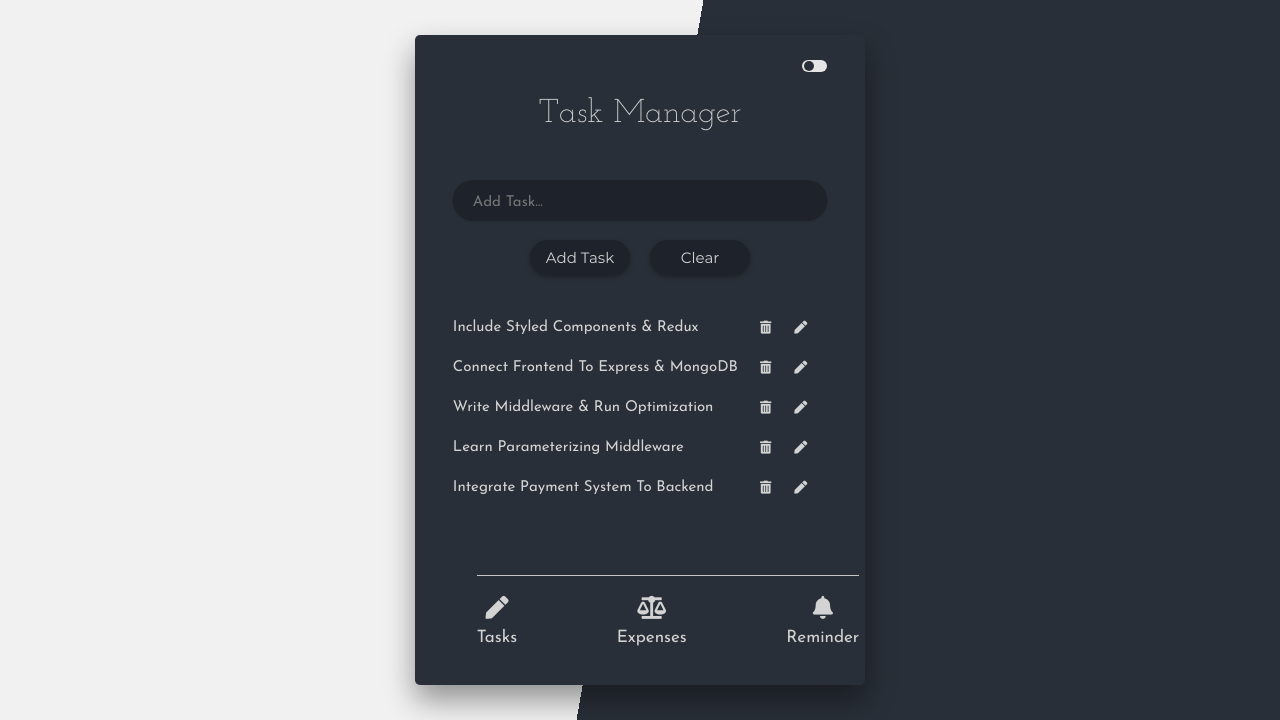
Repository: Kol124/react-task-manager
Page: /
These files come from the project's save history. The page is drawn as it stood at one moment and after the next save; the edit follows.
The browser window is 1280 px wide. The pictures show the whole page.
The project was rebuilt for these pictures with package versions that can differ from the ones it lists, and the page was loaded fresh each time. Also part of the build but not shown: src/reducer/ExpenseReducer.js, src/context/ExpenseContext.js, src/components/expenses/Balance.js, src/components/expenses/IncomeExpenses.js, src/components/expenses/Transaction.js, src/components/expenses/TransactionList.js, src/components/expenses/AddTransaction.js, src/components/expenses/Expense.js and 1 more.

Above is the page before, as saved 2021-06-25 18:27:58.

### public/index.html
<!DOCTYPE html>
<html lang="en">
  <head>
    <meta charset="utf-8" />
    <link rel="icon" href="%PUBLIC_URL%/favicon.ico" />
    <meta name="viewport" content="width=device-width, initial-scale=1" />
    <meta name="theme-color" content="#000000" />
    <meta
      name="description"
      content="Web site created using create-react-app"
    />
    <link rel="apple-touch-icon" href="%PUBLIC_URL%/logo192.png" />
    <!--
      manifest.json provides metadata used when your web app is installed on a
      user's mobile device or desktop. See https://developers.google.com/web/fundamentals/web-app-manifest/
    -->
    <link rel="manifest" href="%PUBLIC_URL%/manifest.json" />
    <!--
      Notice the use of %PUBLIC_URL% in the tags above.
      It will be replaced with the URL of the `public` folder during the build.
      Only files inside the `public` folder can be referenced from the HTML.

      Unlike "/favicon.ico" or "favicon.ico", "%PUBLIC_URL%/favicon.ico" will
      work correctly both with client-side routing and a non-root public URL.
      Learn how to configure a non-root public URL by running `npm run build`.
    -->
    <link rel="stylesheet" href="all.min.css" />
    <title>React App</title>
  </head>
  <body>
    <noscript>You need to enable JavaScript to run this app.</noscript>
    <div id="root"></div>
    <!--
      This HTML file is a template.
      If you open it directly in the browser, you will see an empty page.

      You can add webfonts, meta tags, or analytics to this file.
      The build step will place the bundled scripts into the <body> tag.

      To begin the development, run `npm start` or `yarn start`.
      To create a production bundle, use `npm run build` or `yarn build`.
    -->
  </body>
</html>

### src/App.js
import "./App.css";
import React from "react";
import TaskContextProvider from "./context/TaskContext";
import ThemeContextProvider from "./context/ThemeContext";
import Main from "./components/Main";

function App() {
  return (
    <ThemeContextProvider>
      <TaskContextProvider>
        <div className="container">
          <Main />
        </div>
      </TaskContextProvider>
    </ThemeContextProvider>
  );
}

export default App;

### src/App.css
@import url("fonts.css");

* {
  margin: 0;
  padding: 0;
  box-sizing: inherit;
}

html {
  box-sizing: border-box;
  font-size: 62.5%;
}

@import url("./components/expenses/expenses.css");

.container {
  width: 100%;
  height: 100vh;
  display: flex;
  align-items: center;
  justify-content: center;
  background: linear-gradient(100deg, #f1f1f1 50%, #292f38 0);
}

.app-wrapper {
  padding: 2.5rem 2.8rem;
  position: relative;
  width: 45rem;
  height: 65rem;
  border-radius: 5px;
  box-shadow: 0 15px 30px rgba(0, 0, 0, 0.4);
}

.header .main-header {
  font-family: "Josefin Slab", serif;
  text-align: center;
  font-size: 3.3rem;
  font-weight: 300;
  margin: 2.5rem 2rem 5rem 2rem;
}

/* THEME TOGGLE BUTTON */
#toggle-btn {
  position: relative;
  width: 25px;
  height: 12px;
  border-radius: 40px;
  margin: 0 1rem 0 auto;
}

input[type="checkbox"] {
  width: 100%;
  height: 100%;
  position: absolute;
  cursor: pointer;
  margin: 0px;
  opacity: 0;
  z-index: 2;
}

#toggle-btn span {
  background-color: #e5e5e5;
  position: absolute;
  top: 0px;
  right: 0px;
  bottom: 0px;
  left: 0px;
  opacity: 1;
  overflow: hidden;
  border-radius: 20px;
  transition: 0.2s ease background-color, 0.2s ease opacity;
}

#toggle-btn:hover {
  box-shadow: 0px 2px 25px #d9d9d9;
}

#toggle-btn span:before,
#toggle-btn span:after {
  content: "";
  position: absolute;
  top: 1px;
  width: 10px;
  height: 10px;
  border-radius: 50%;
  transition: 0.5s ease transform, 0.2s ease background-color;
}

#toggle-btn span:after {
  background-color: #292f38;
  transform: translate(2px, 0px);
  z-index: 0;
}

#toggle-btn input[type="checkbox"]:checked + span {
  background-color: #1d222b;
}

#toggle-btn input[type="checkbox"]:checked + span:after {
  background-color: #d4d4d4;
  transform: translate(13px, 0px);
}
/* THEME TOGGLE BUTTON COMPLETED */

.main {
  display: flex;
  flex-direction: column;
  align-items: space-between;
  margin-bottom: 3.5rem;
  width: 100%;
}

.form {
  display: flex;
  align-items: center;
  margin-bottom: 1.5rem;
  flex-direction: column;
  justify-content: center;
}

.task-input {
  font-family: "Josefin Sans", serif;
  padding: 1.5rem 1rem 1rem 2rem;
  margin: 0 auto 1rem auto;
  color: #ccc;
  width: 95%;
  outline: none;
  font-size: 1.5rem;
  border-radius: 20px;
  box-shadow: 0 1px 2px rgba(0, 0, 0, 0.3);
}

.buttons {
  display: flex;
}

.btn {
  font-family: "Montserrat", sans-serif;
  border-radius: 2rem;
  font-size: 1.5rem;
  height: 3.5rem;
  width: 10rem;
  border: none;
  margin: 1rem;
  outline: none;
  cursor: pointer;
  box-shadow: 0 2px 5px rgba(0, 0, 0, 0.3);
}

.list {
  width: 95%;
  margin: 0 auto;
  max-height: 28rem;
  overflow: hidden;
  overflow-y: auto;
}

.expense-list {
  width: 95%;
  margin: 0 auto;
  max-height: 14.5rem;
  overflow: hidden;
  overflow-y: auto;
}

/* width */
::-webkit-scrollbar {
  width: 6px;
}

/* Track */
::-webkit-scrollbar-track {
  border-radius: 10px;
  background-color: #d3d3d3;
}

/* Handle */
::-webkit-scrollbar-thumb {
  background: #1c1f24;
  border-radius: 10px;
}

.list-item {
  display: flex;
  margin: 2rem 0;
  padding-bottom: 0.5rem;
  justify-content: space-between;
}

.list-item span {
  font-family: "Josefin Sans", sans-serif;
  font-size: 1.5rem;
  text-transform: capitalize;
}

.task-btn {
  font-size: 1.3rem;
  cursor: pointer;
  border: none;
  outline: none;
  margin-right: 2rem;
  background-color: transparent;
}

.no-tasks {
  text-align: center;
  font-family: "Montserrat", sans-serif;
  margin-top: 2.5rem;
  font-size: 2rem;
}

footer {
  position: absolute;
  width: 100%;
  bottom: 6%;
}

footer .nav {
  display: flex;
  align-items: center;
  justify-content: space-between;
  border-top: 1px solid #c5c5c5;
  padding-top: 2rem;
  list-style: none;
  margin: 0 auto;
  width: 85%;
}

.nav li {
  font-family: "Josefin Sans", sans-serif;
  text-align: center;
}

.nav li a {
  text-decoration: none;
}

.nav li i {
  font-size: 2.3rem;
  transition: all ease 0.3s;
}

.nav li i:hover {
  color: #182741;
}

.nav li p {
  text-decoration: none;
  font-size: 1.7rem;
  color: initial;
  margin-top: 1rem;
}

@media only screen and (max-width: 450px) {
  html {
    font-size: 50%;
  }
}

### src/context/TaskContext.js
import React, { createContext, useState, useReducer, useEffect } from "react";
import TaskReducer from "../reducer/TaskReducer";

export const TaskContext = createContext();

export default function TaskContextProvider(props) {
  const [tasks, dispatch] = useReducer(TaskReducer, [
    { title: "Include styled components & redux", id: 1 },
    { title: "Connect frontend to express & mongoDB", id: 2 },
    { title: "Write middleware & run optimization", id: 3 },
    { title: "Learn parameterizing middleware", id: 4 },
    { title: "Integrate payment system to backend", id: 5 },
  ]);
  const [editItem, setEditItem] = useState(null);

  const findItem = (id) => {
    const item = tasks.find((task) => task.id === id);
    setEditItem(item);
  };

  useEffect(() => {
    console.log(tasks);
  });

  return (
    <TaskContext.Provider
      value={{ tasks, editItem, setEditItem, findItem, dispatch }}
    >
      {props.children}
    </TaskContext.Provider>
  );
}

### src/context/ThemeContext.js
import React, { Component, createContext } from "react";

export const ThemeContext = createContext();

export default class ThemeContextProvider extends Component {
  state = {
    isLightTheme: false,
    light: {
      font: "#292f38",
      accent: "#e5e5e5",
      bg: "#f1f1f1",
    },
    dark: {
      font: "#d3d3d3",
      accent: "#1d222b",
      bg: "#292f38",
    },
  };

  toggleTheme = () => {
    this.setState({ isLightTheme: !this.state.isLightTheme });
  };

  render() {
    return (
      <div>
        <ThemeContext.Provider
          value={{ ...this.state, toggleTheme: this.toggleTheme }}
        >
          {this.props.children}
        </ThemeContext.Provider>
      </div>
    );
  }
}

### src/components/Main.js
import React, { useContext } from "react";
import { BrowserRouter as Router, Switch, Route } from "react-router-dom";
import { ThemeContext } from "../context/ThemeContext";
import Header from "./Header";
import TaskForm from "./task/TaskForm";
import TaskList from "./task/TaskList";
import Expense from "./expenses/Expense";
import Reminder from "./reminder/Reminder";
import Footer from "./Footer";

export default function Main() {
  const { isLightTheme, dark, light } = useContext(ThemeContext);
  const theme = isLightTheme ? light : dark;

  return (
    <Router>
      <div>
        <div
          className="app-wrapper"
          style={{ background: theme.bg, color: theme.font }}
        >
          <Header />
          <Switch>
            <Route exact path="/">
              <div className="main">
                <TaskForm />
                <TaskList />
              </div>
            </Route>

            <Route path="/expense">
              <Expense />
            </Route>

            <Route path="/reminder">
              <Reminder />
            </Route>
          </Switch>
          <Footer />
        </div>
      </div>
    </Router>
  );
}

### src/fonts.css
/* josefin-sans-300 - latin */
@font-face {
  font-family: "Josefin Sans";
  font-style: normal;
  font-weight: 300;
  src: url("./fonts/josefin-sans-v17-latin-300.eot"); /* IE9 Compat Modes */
  src: local(""),
    url("./fonts/josefin-sans-v17-latin-300.eot?#iefix")
      format("embedded-opentype"),
    /* IE6-IE8 */ url("./fonts/josefin-sans-v17-latin-300.woff2")
      format("woff2"),
    /* Super Modern Browsers */ url("./fonts/josefin-sans-v17-latin-300.woff")
      format("woff"),
    /* Modern Browsers */ url("./fonts/josefin-sans-v17-latin-300.ttf")
      format("truetype"),
    /* Safari, Android, iOS */
      url("./fonts/josefin-sans-v17-latin-300.svg#JosefinSans") format("svg"); /* Legacy iOS */
}
/* josefin-sans-regular - latin */
@font-face {
  font-family: "Josefin Sans";
  font-style: normal;
  font-weight: 400;
  src: url("./fonts/josefin-sans-v17-latin-regular.eot"); /* IE9 Compat Modes */
  src: local(""),
    url("./fonts/josefin-sans-v17-latin-regular.eot?#iefix")
      format("embedded-opentype"),
    /* IE6-IE8 */ url("./fonts/josefin-sans-v17-latin-regular.woff2")
      format("woff2"),
    /* Super Modern Browsers */
      url("./fonts/josefin-sans-v17-latin-regular.woff") format("woff"),
    /* Modern Browsers */ url("./fonts/josefin-sans-v17-latin-regular.ttf")
      format("truetype"),
    /* Safari, Android, iOS */
      url("./fonts/josefin-sans-v17-latin-regular.svg#JosefinSans")
      format("svg"); /* Legacy iOS */
}
/* josefin-sans-600 - latin */
@font-face {
  font-family: "Josefin Sans";
  font-style: normal;
  font-weight: 600;
  src: url("./fonts/josefin-sans-v17-latin-600.eot"); /* IE9 Compat Modes */
  src: local(""),
    url("./fonts/josefin-sans-v17-latin-600.eot?#iefix")
      format("embedded-opentype"),
    /* IE6-IE8 */ url("./fonts/josefin-sans-v17-latin-600.woff2")
      format("woff2"),
    /* Super Modern Browsers */ url("./fonts/josefin-sans-v17-latin-600.woff")
      format("woff"),
    /* Modern Browsers */ url("./fonts/josefin-sans-v17-latin-600.ttf")
      format("truetype"),
    /* Safari, Android, iOS */
      url("./fonts/josefin-sans-v17-latin-600.svg#JosefinSans") format("svg"); /* Legacy iOS */
}
/* josefin-sans-700 - latin */
@font-face {
  font-family: "Josefin Sans";
  font-style: normal;
  font-weight: 700;
  src: url("./fonts/josefin-sans-v17-latin-700.eot"); /* IE9 Compat Modes */
  src: local(""),
    url("./fonts/josefin-sans-v17-latin-700.eot?#iefix")
      format("embedded-opentype"),
    /* IE6-IE8 */ url("./fonts/josefin-sans-v17-latin-700.woff2")
      format("woff2"),
    /* Super Modern Browsers */ url("./fonts/josefin-sans-v17-latin-700.woff")
      format("woff"),
    /* Modern Browsers */ url("./fonts/josefin-sans-v17-latin-700.ttf")
      format("truetype"),
    /* Safari, Android, iOS */
      url("./fonts/josefin-sans-v17-latin-700.svg#JosefinSans") format("svg"); /* Legacy iOS */
}

/* josefin-slab-300 - latin */
@font-face {
  font-family: "Josefin Slab";
  font-style: normal;
  font-weight: 300;
  src: url("./fonts/josefin-slab-v13-latin-300.eot"); /* IE9 Compat Modes */
  src: local(""),
    url("./fonts/josefin-slab-v13-latin-300.eot?#iefix")
      format("embedded-opentype"),
    /* IE6-IE8 */ url("./fonts/josefin-slab-v13-latin-300.woff2")
      format("woff2"),
    /* Super Modern Browsers */ url("./fonts/josefin-slab-v13-latin-300.woff")
      format("woff"),
    /* Modern Browsers */ url("./fonts/josefin-slab-v13-latin-300.ttf")
      format("truetype"),
    /* Safari, Android, iOS */
      url("./fonts/josefin-slab-v13-latin-300.svg#JosefinSlab") format("svg"); /* Legacy iOS */
}
/* josefin-slab-regular - latin */
@font-face {
  font-family: "Josefin Slab";
  font-style: normal;
  font-weight: 400;
  src: url("./fonts/josefin-slab-v13-latin-regular.eot"); /* IE9 Compat Modes */
  src: local(""),
    url("./fonts/josefin-slab-v13-latin-regular.eot?#iefix")
      format("embedded-opentype"),
    /* IE6-IE8 */ url("./fonts/josefin-slab-v13-latin-regular.woff2")
      format("woff2"),
    /* Super Modern Browsers */
      url("./fonts/josefin-slab-v13-latin-regular.woff") format("woff"),
    /* Modern Browsers */ url("./fonts/josefin-slab-v13-latin-regular.ttf")
      format("truetype"),
    /* Safari, Android, iOS */
      url("./fonts/josefin-slab-v13-latin-regular.svg#JosefinSlab")
      format("svg"); /* Legacy iOS */
}
/* josefin-slab-600 - latin */
@font-face {
  font-family: "Josefin Slab";
  font-style: normal;
  font-weight: 600;
  src: url("./fonts/josefin-slab-v13-latin-600.eot"); /* IE9 Compat Modes */
  src: local(""),
    url("./fonts/josefin-slab-v13-latin-600.eot?#iefix")
      format("embedded-opentype"),
    /* IE6-IE8 */ url("./fonts/josefin-slab-v13-latin-600.woff2")
      format("woff2"),
    /* Super Modern Browsers */ url("./fonts/josefin-slab-v13-latin-600.woff")
      format("woff"),
    /* Modern Browsers */ url("./fonts/josefin-slab-v13-latin-600.ttf")
      format("truetype"),
    /* Safari, Android, iOS */
      url("./fonts/josefin-slab-v13-latin-600.svg#JosefinSlab") format("svg"); /* Legacy iOS */
}
/* josefin-slab-700 - latin */
@font-face {
  font-family: "Josefin Slab";
  font-style: normal;
  font-weight: 700;
  src: url("./fonts/josefin-slab-v13-latin-700.eot"); /* IE9 Compat Modes */
  src: local(""),
    url("./fonts/josefin-slab-v13-latin-700.eot?#iefix")
      format("embedded-opentype"),
    /* IE6-IE8 */ url("./fonts/josefin-slab-v13-latin-700.woff2")
      format("woff2"),
    /* Super Modern Browsers */ url("./fonts/josefin-slab-v13-latin-700.woff")
      format("woff"),
    /* Modern Browsers */ url("./fonts/josefin-slab-v13-latin-700.ttf")
      format("truetype"),
    /* Safari, Android, iOS */
      url("./fonts/josefin-slab-v13-latin-700.svg#JosefinSlab") format("svg"); /* Legacy iOS */
}

/* montserrat-300 - latin */
@font-face {
  font-family: "Montserrat";
  font-style: normal;
  font-weight: 300;
  src: url("./fonts/montserrat-v15-latin-300.eot"); /* IE9 Compat Modes */
  src: local(""),
    url("./fonts/montserrat-v15-latin-300.eot?#iefix")
      format("embedded-opentype"),
    /* IE6-IE8 */ url("./fonts/montserrat-v15-latin-300.woff2") format("woff2"),
    /* Super Modern Browsers */ url("./fonts/montserrat-v15-latin-300.woff")
      format("woff"),
    /* Modern Browsers */ url("./fonts/montserrat-v15-latin-300.ttf")
      format("truetype"),
    /* Safari, Android, iOS */
      url("./fonts/montserrat-v15-latin-300.svg#Montserrat") format("svg"); /* Legacy iOS */
}
/* montserrat-regular - latin */
@font-face {
  font-family: "Montserrat";
  font-style: normal;
  font-weight: 400;
  src: url("./fonts/montserrat-v15-latin-regular.eot"); /* IE9 Compat Modes */
  src: local(""),
    url("./fonts/montserrat-v15-latin-regular.eot?#iefix")
      format("embedded-opentype"),
    /* IE6-IE8 */ url("./fonts/montserrat-v15-latin-regular.woff2")
      format("woff2"),
    /* Super Modern Browsers */ url("./fonts/montserrat-v15-latin-regular.woff")
      format("woff"),
    /* Modern Browsers */ url("./fonts/montserrat-v15-latin-regular.ttf")
      format("truetype"),
    /* Safari, Android, iOS */
      url("./fonts/montserrat-v15-latin-regular.svg#Montserrat") format("svg"); /* Legacy iOS */
}
/* montserrat-500 - latin */
@font-face {
  font-family: "Montserrat";
  font-style: normal;
  font-weight: 500;
  src: url("./fonts/montserrat-v15-latin-500.eot"); /* IE9 Compat Modes */
  src: local(""),
    url("./fonts/montserrat-v15-latin-500.eot?#iefix")
      format("embedded-opentype"),
    /* IE6-IE8 */ url("./fonts/montserrat-v15-latin-500.woff2") format("woff2"),
    /* Super Modern Browsers */ url("./fonts/montserrat-v15-latin-500.woff")
      format("woff"),
    /* Modern Browsers */ url("./fonts/montserrat-v15-latin-500.ttf")
      format("truetype"),
    /* Safari, Android, iOS */
      url("./fonts/montserrat-v15-latin-500.svg#Montserrat") format("svg"); /* Legacy iOS */
}

### src/reducer/TaskReducer.js
export default function TaskReducer(tasks, action) {
  switch (action.type) {
    case "ADD_TASK":
      return [
        ...tasks,
        {
          title: action.task.title,
          id: Math.random().toString(),
        },
      ];

    case "REMOVE_TASK":
      return tasks.filter((task) => task.id !== action.task.id);

    case "EDIT_TASK":
      return tasks.map((task) =>
        task.id === action.task.id
          ? { title: action.task.title, id: action.task.id }
          : task
      );

    case "CLEAR_TASK":
      return [];

    default:
      return tasks;
  }
}

### src/components/Header.js
import React, { useContext } from "react";
import { ThemeContext } from "../context/ThemeContext";

const Header = () => {
  const { toggleTheme } = useContext(ThemeContext);

  return (
    <div className="header">
      <div id="toggle-btn" onClick={toggleTheme}>
        <input type="checkbox" />
        <span></span>
      </div>
      <h1 className="main-header">Task Manager</h1>
    </div>
  );
};

export default Header;

### src/components/task/TaskForm.js
import React, { useState, useContext, useEffect } from "react";
import { TaskContext } from "../../context/TaskContext";
import { ThemeContext } from "../../context/ThemeContext";

export default function TaskForm() {
  const { editItem, setEditItem, dispatch } = useContext(TaskContext);
  const [title, setTitle] = useState("");

  const { isLightTheme, dark, light } = useContext(ThemeContext);
  const theme = isLightTheme ? light : dark;

  const handleSubmit = (e) => {
    e.preventDefault();
    if (editItem !== null) {
      dispatch({
        type: "EDIT_TASK",
        task: {
          title,
          id: editItem.id,
        },
      });
      setEditItem(null);
    } else {
      dispatch({
        type: "ADD_TASK",
        task: {
          title,
        },
      });
    }

    setTitle("");
  };

  useEffect(() => {
    if (editItem !== null) {
      setTitle(editItem.title);
      console.log(editItem);
    } else {
      setTitle("");
    }
  }, [editItem]);

  return (
    <form onSubmit={handleSubmit} className="form">
      <input
        type="text"
        placeholder="Add Task..."
        value={title}
        style={{
          background: theme.accent,
          color: theme.font,
          border: theme.accent,
        }}
        onChange={(e) => setTitle(e.target.value)}
        required
        className="task-input"
      />
      <div className="buttons">
        <button
          type="submit"
          className="btn"
          style={{ background: theme.accent, color: theme.font }}
        >
          {editItem ? "Edit Task" : "Add Task"}
        </button>
        <button
          className="btn"
          style={{ background: theme.accent, color: theme.font }}
          onClick={() => dispatch({ type: "CLEAR_TASK" })}
        >
          Clear
        </button>
      </div>
    </form>
  );
}

### src/components/task/TaskList.js
import React, { useContext } from "react";
import { TaskContext } from "../../context/TaskContext";
import Task from "./Task";

export default function TaskList() {
  const { tasks } = useContext(TaskContext);

  return (
    <div>
      {tasks.length ? (
        <ul className="list">
          {tasks.map((task) => {
            return <Task task={task} key={task.id} />;
          })}
        </ul>
      ) : (
        <div className="no-tasks">No Tasks</div>
      )}
    </div>
  );
}

### src/components/Footer.js
import React, { useContext } from "react";
import { Link } from "react-router-dom";
import { ThemeContext } from "../context/ThemeContext";

export default function Footer() {
  const { isLightTheme, dark, light } = useContext(ThemeContext);
  const theme = isLightTheme ? light : dark;

  return (
    <footer>
      <ul className="nav">
        <li>
          <Link to="/">
            <i style={{ color: theme.font }} className="fa fa-pen"></i>
            <p style={{ color: theme.font }}>Tasks</p>
          </Link>
        </li>

        <li>
          <Link to="/Expense">
            <i
              style={{ color: theme.font }}
              className="fa fa-balance-scale"
            ></i>
            <p style={{ color: theme.font }}>Expenses</p>
          </Link>
        </li>

        <li>
          <Link to="/Reminder">
            <i style={{ color: theme.font }} className="fa fa-bell"></i>
            <p style={{ color: theme.font }}>Reminder</p>
          </Link>
        </li>
      </ul>
    </footer>
  );
}

### src/components/task/Task.js
import React, { useContext } from "react";
import { TaskContext } from "../../context/TaskContext";
import { ThemeContext } from "../../context/ThemeContext";

export default function Task({ task }) {
  const { findItem, dispatch } = useContext(TaskContext);
  const { isLightTheme, dark, light } = useContext(ThemeContext);
  const theme = isLightTheme ? light : dark;

  return (
    <li className="list-item">
      <span>{task.title}</span>
      <div>
        <button
          className="btn-delete task-btn"
          style={{ color: theme.font }}
          onClick={() =>
            dispatch({ type: "REMOVE_TASK", task: { id: task.id } })
          }
        >
          <i className="fas fa-trash-alt"></i>
        </button>{" "}
        <button
          className="btn-edit task-btn"
          style={{ color: theme.font }}
          onClick={() => findItem(task.id)}
        >
          <i className="fas fa-pen"></i>
        </button>
      </div>
    </li>
  );
}

Loaded but not shown: src/index.js (common file); src/index.css (common file); src/reportWebVitals.js (common file); public/all.min.css (library)

After the next save:
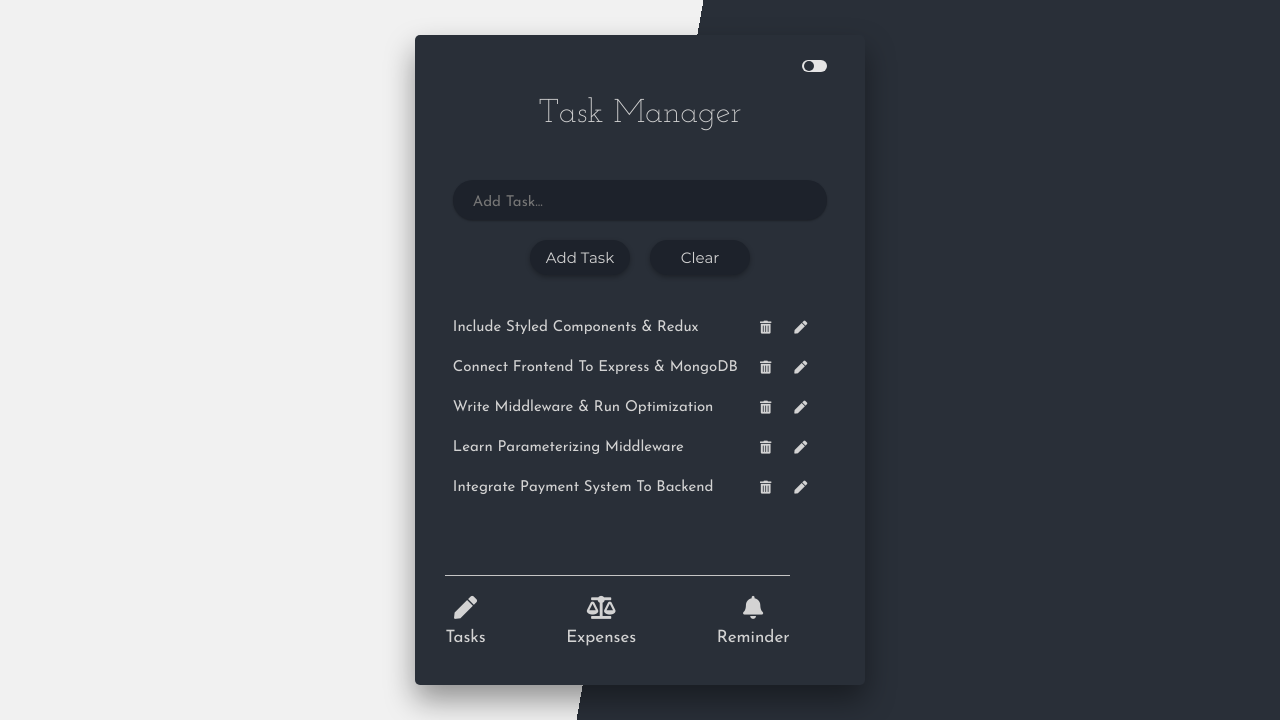
Saved 104 s later.
--- a/src/App.css
+++ b/src/App.css
@@ -211,8 +211,9 @@ input[type="checkbox"] {
 
 footer {
   position: absolute;
-  width: 100%;
+  width: 90%;
   bottom: 6%;
+  left: 0;
 }
 
 footer .nav {
